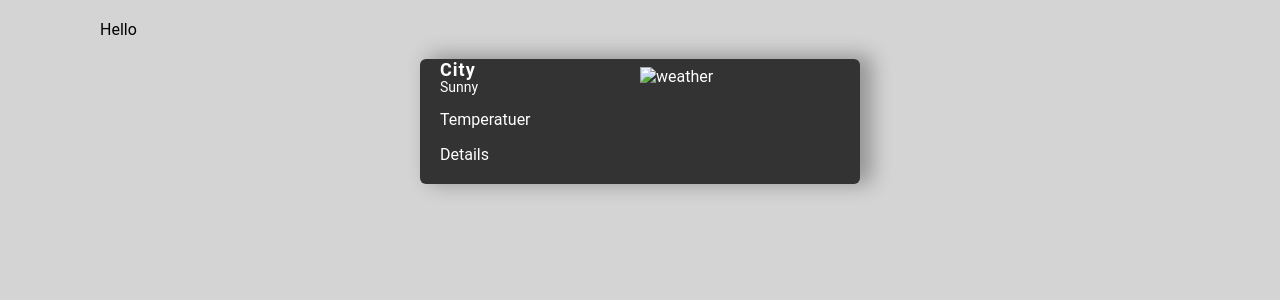
Repository: sedat-akdogan/React_Weather
Page: / (app in london_weather/)
These files come from the project's save history. The page is drawn as it stood at one moment and after the next save; the edit follows.
The browser window is 1280 px wide. The pictures show the whole page.
The project was rebuilt for these pictures with package versions that can differ from the ones it lists, and the page was loaded fresh each time.

Above is the page before, as saved 2023-07-09 17:48:56.

### london_weather/src/index.css
body {
    margin: 0;
    font-family: 'Roboto', Arial !important;
    -webkit-font-smoothing: antialiased;
    -moz-osx-font-smoothing: grayscale;
    background-color: #d5d4d4;
}

code {
    font-family: source-code-pro, Menlo, Monaco, Consolas, 'Courier New',
        monospace;
}

### london_weather/src/App.js
import Search from './components/search/Search';
import './App.css';
import CurrentWeather from './components/current-weather/current-weather';

function App() {

    const handleOnSearchChange = (searchData) => {
        console.log(searchData);
    }

    return (
        <div className="container">
            <Search onSearchChange={handleOnSearchChange} />
            <CurrentWeather />
        </div>
    );
}

export default App;

### london_weather/src/components/search/Search.js
import React from "react";


const Search = () => {
    return ("Hello");
}

export default Search;

### london_weather/src/App.css
.container {
    max-width: 1080px;
    margin: 20px auto;
}

### london_weather/src/components/current-weather/current-weather.js
import "./current-weather.css";


const CurrentWeather = () => {
    return (
        <div className="weather">
            <div className="top">
                <div>
                    <p className="city">City</p>
                    <p className="weather-description">Sunny</p>
                </div>
                <img src="" alt="weather" className="weather-icon" />
            </div>
            <div className="bottom">
                <p className="temperature">Temperatuer</p>
                <div className="details">
                    <div className="parameter-row">
                        <span className="parameter-label">Details</span>
                    </div>
                    <div className="parameter-row">
                        <span className="parameter-label"></span>
                    </div>
                </div>
            </div>
        </div>
    );
}

export default CurrentWeather;

### london_weather/src/components/current-weather/current-weather.css
.weather {
    width: 400px;
    border-radius: 6px;
    box-shadow: 10px -2px 20px 2px rgb(0 0 0 / 30%);
    color: #fff;
    background-color: #333;
    margin: 20px auto 0 auto;
    padding: 0 20px 20px 20px;
}

.top {
    display: flex;
    justify-content: space-between;
    align-items: center;
}

.city {
    font-weight: 600;
    font-size: 18px;
    margin: 0;
    letter-spacing: 1px;
}

.weather-description {
    font-weight: 400;
    font-size: 14px;
    line-height: 1;
    margin: 0;
}

.weather-icon {
    width: 200px;
}

Loaded but not shown: london_weather/public/index.html (common file); london_weather/src/index.js (common file); london_weather/src/reportWebVitals.js (common file)

After the next save:
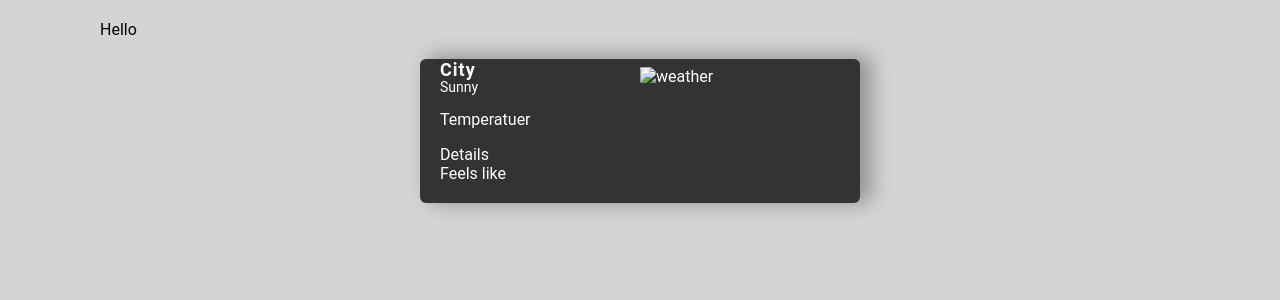
Saved 4 s later.
--- a/london_weather/src/components/current-weather/current-weather.js
+++ b/london_weather/src/components/current-weather/current-weather.js
@@ -18,7 +18,7 @@ const CurrentWeather = () => {
                         <span className="parameter-label">Details</span>
                     </div>
                     <div className="parameter-row">
-                        <span className="parameter-label"></span>
+                        <span className="parameter-label">Feels like</span>
                     </div>
                 </div>
             </div>
